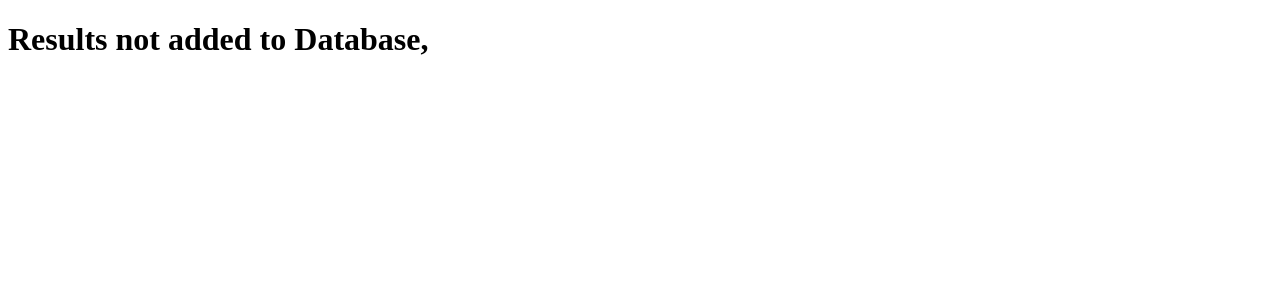
Repository: Aishwarya6362/J2EE
Page: add-result-mvc/src/main/webapp/addResultFailure.html
The author's editor kept a copy of each file at every save. The page is drawn from the files as they stood at one save, then again after the next save.
The browser window is 1280 px wide. The pictures show the whole page.

Above is the page before, as saved 2024-10-10 11:51:42.

### add-result-mvc/src/main/webapp/addResultFailure.html
<!DOCTYPE html>
<html>
<head>
<meta charset="UTF-8">
<title>Insert title here</title>
</head>
<body>
	<h1>Results not added to Database, </h1>
</body>
</html>

After the next save:
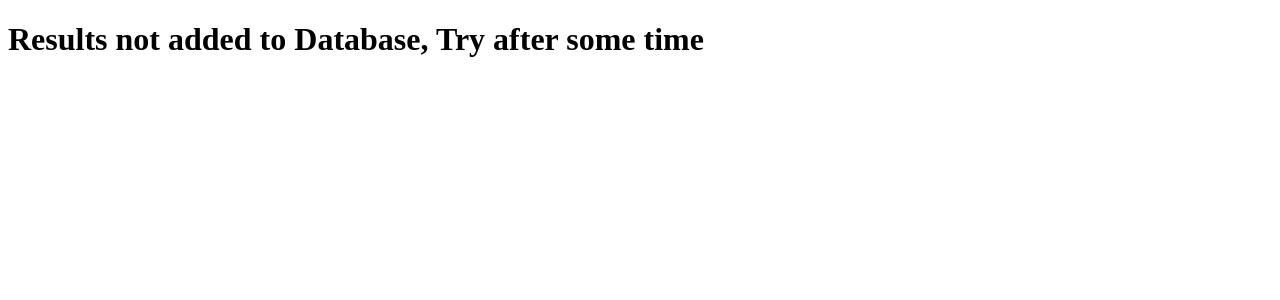
Saved 8 s later.
--- a/add-result-mvc/src/main/webapp/addResultFailure.html
+++ b/add-result-mvc/src/main/webapp/addResultFailure.html
@@ -5,6 +5,6 @@
 <title>Insert title here</title>
 </head>
 <body>
-	<h1>Results not added to Database, </h1>
+	<h1>Results not added to Database, Try after some time</h1>
 </body>
 </html>
